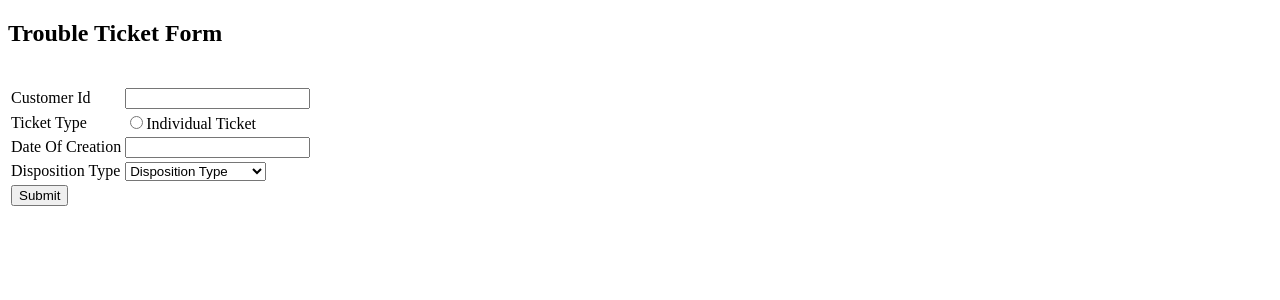
Repository: ApoorvaVeluri/JavaProject
Page: http://localhost/userinterface/Input.jsp
An editor plug-in stored every save of this project. The page is shown before and after the next save, followed by the edit.
The browser window is 1280 px wide. The pictures show the whole page.
The page is served by Tomcat 9.

Above is the page before, as saved 2015-08-20 11:03:28.

After the next save:
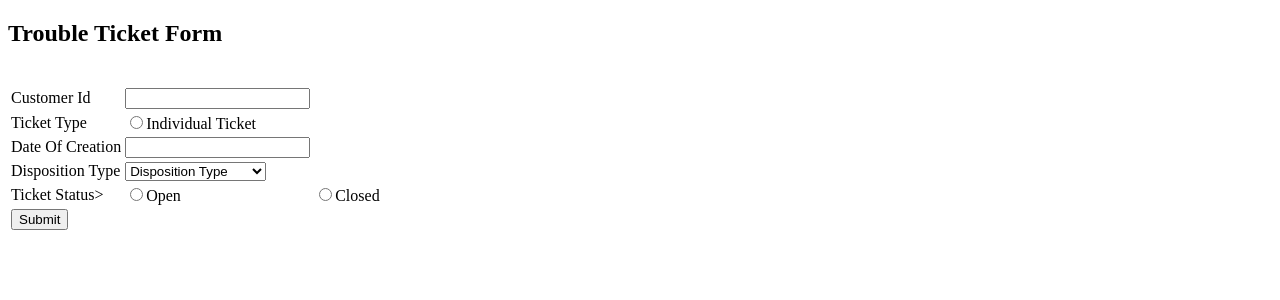
Saved 7 min 13 s later.
--- a/html/userinterface/WebContent/Input.jsp
+++ b/html/userinterface/WebContent/Input.jsp
@@ -22,14 +22,14 @@
 
 			<tr>
 				<td>Ticket Type</td>
-				<td><input type="radio" name="index" value="ticket_type" />Individual
+				<td><input type="radio" name="ticket_type" value="ticket_type" />Individual
 					Ticket</td>
 
 			</tr>
 
 			<tr>
 				<td>Date Of Creation</td>
-				<td><input type="text" name="Date" /></td>
+				<td><input type="text" name="Date_of_creation" /></td>
 			</tr>
 
 			<tr>
@@ -41,6 +41,12 @@
 						<option value="Not Applicable">Not Applicable</option>
 				</select></td>
 			</tr>
+
+			<tr>
+			<td>Ticket Status></td>
+			<td><input type="radio" name="ticket_status" value="ticket_status" />Open</td>
+			<td><input type="radio" name="ticket_status" value="ticket_status" />Closed</td>
+
 			<tr>
 				<td colspan="2"><input type="submit" value="Submit" /></td>
 			</tr>
